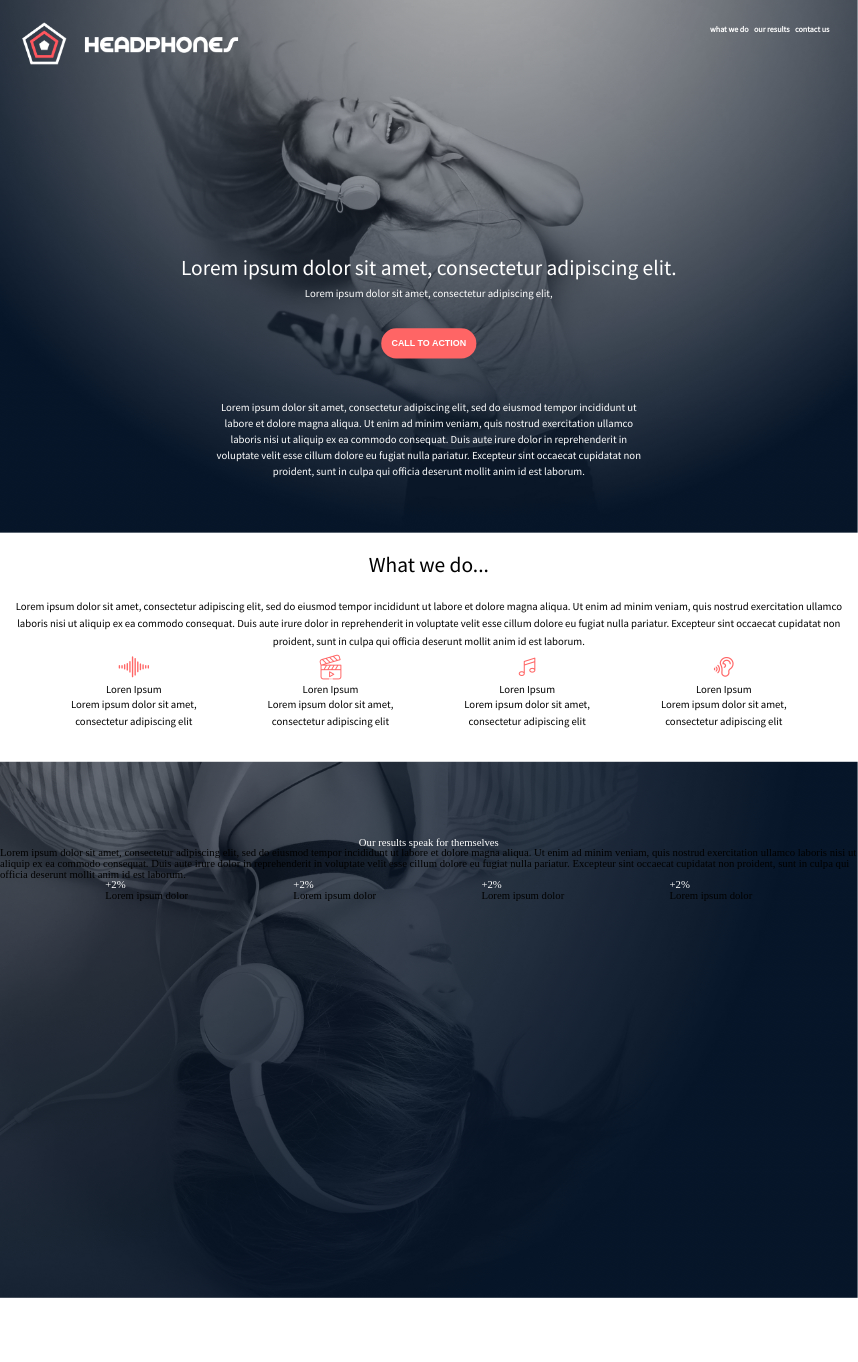
Repository: seleniadelgado/holbertonschool-web_front_end
Page: 0x09-implement_a_design_from_scratch/2-index.html
These files come from the project's save history. The page is drawn as it stood at one moment and after the next save; the edit follows.
The browser window is 1280 px wide. The pictures show the whole page, at 67% of full size.

Above is the page before, as saved 2020-03-23 14:18:11.

### 0x09-implement_a_design_from_scratch/2-index.html
<!DOCTYPE <!DOCTYPE html>
<head>
    <meta charset="utf-8">
    <title>Headphones</title>
    <meta name="description" content="">
    <meta name="viewport" content="width=device-width, initial-scale=1">
    <link rel="stylesheet" href="2-styles.css">
    <link rel="stylesheet" href="reset.css">
    <link rel="stylesheet" href="./holberton_school-icon/style.css">
    <link href="https://fonts.googleapis.com/css?family=Source+Sans+Pro&display=swap" rel="stylesheet">
</head>
<body>
<!-- nav bar -->
    <header>
        <div class="firstdiv">
            <nav>
                <input type="checkbox" id="menu">
                <label for="menu" id="nav-icon"></label>
                <div class="logo"><img href="active" href="#home"><img src="./images/logo_headphones.png" alt="logo"></a></div>
                <div class="main-nav">
                    <ul class="nav-header">
                        <li><a href="#what-we-do">what we do</a></li>
                        <li><a href="#our-results">our results</a></li>
                        <li><a href="#contact-us">contact us</a></li>
                    </ul>
                </div>
            </nav>
        </div>
<!-- Content -->
        <div class="seconddiv">
            <div class="text">
                <h1>Lorem ipsum dolor sit amet, consectetur adipiscing elit.</h1>
                <p>Lorem ipsum dolor sit amet, consectetur adipiscing elit, </p>
            </div>
        </div>
        <div class="thirddiv">
        <button id="button">CALL TO ACTION</button>
        <p class="longParagraph">Lorem ipsum dolor sit amet, consectetur adipiscing elit, sed do eiusmod tempor incididunt ut labore et dolore magna aliqua.
            Ut enim ad minim veniam, quis nostrud exercitation ullamco laboris nisi ut aliquip ex ea commodo consequat.
            Duis aute irure dolor in reprehenderit in voluptate velit esse cillum dolore eu fugiat nulla pariatur. Excepteur sint occaecat cupidatat non proident,
            sunt in culpa qui officia deserunt mollit anim id est laborum.</p>
            </div>
        </div>
    </div>
    </header>
    <div id="whatWeDo">
        <div class="content">
            <h1>What we do...</h1>
            <p> Lorem ipsum dolor sit amet, consectetur adipiscing elit, sed do eiusmod tempor incididunt ut labore et dolore magna aliqua.
                Ut enim ad minim veniam, quis nostrud exercitation ullamco laboris nisi ut aliquip ex ea commodo consequat.
                Duis aute irure dolor in reprehenderit in voluptate velit esse cillum dolore eu fugiat nulla pariatur. Excepteur sint occaecat cupidatat non proident,
                sunt in culpa qui officia deserunt mollit anim id est laborum.
            </p>
            <div class="grid">
                <div>
                    <div class="icon, item holberton_school-icon-ic_sound"></div>
                    <h6>Loren Ipsum</h6>
                    <p>Lorem ipsum dolor sit amet,<br> consectetur adipiscing elit</p>
                </div>
                <div>
                    <div class="icon, item holberton_school-icon-ic_video"></div>
                    <h6>Loren Ipsum</h6>
                    <p>Lorem ipsum dolor sit amet, <br>consectetur adipiscing elit</p>
                </div>
                <div>
                    <div class="icon, item holberton_school-icon-ic_music"></div>
                    <h6>Loren Ipsum</h6>
                    <p>Lorem ipsum dolor sit amet, <br>consectetur adipiscing elit</p>
                </div>
                <div>
                    <div class="icon, item holberton_school-icon-ic_hearing"></div>
                    <h6>Loren Ipsum</h6>
                    <p>Lorem ipsum dolor sit amet, <br>consectetur adipiscing elit</p>
                </div>
            </div>
        </div>
    </div>
    <div id="our-results">
        <div class="summary">
            <h1>Our results speak for themselves</h1>
            <p>Lorem ipsum dolor sit amet, consectetur adipiscing elit, sed do eiusmod tempor incididunt ut labore et dolore magna aliqua.
                Ut enim ad minim veniam, quis nostrud exercitation ullamco laboris nisi ut aliquip ex ea commodo consequat.
                Duis aute irure dolor in reprehenderit in voluptate velit esse cillum dolore eu fugiat nulla pariatur. Excepteur sint occaecat cupidatat non proident,
                sunt in culpa qui officia deserunt mollit anim id est laborum.
            </p>
            <div class="grid">
                <div class="component">
                    <h2>+2%</h2>
                    <p>Lorem ipsum dolor</p>
                </div>
                <div class="component">
                    <h2>+2%</h2>
                    <p>Lorem ipsum dolor</p>
                </div>
                <div class="component">
                    <h2>+2%</h2>
                    <p>Lorem ipsum dolor</p>
                </div>
                <div class="component">
                    <h2>+2%</h2>
                    <p>Lorem ipsum dolor</p>
                </div>
            </div>
        </div>
    </div>
</body>
</html>

### 0x09-implement_a_design_from_scratch/2-styles.css

:root {
    --font-size-sm: 12px;
    --font-size-md: 16px;
    --font-size-lg: 32px;
    --font-size-xl: 48px;
    --font-size-button: 14px;
    --color-primary-red: #FF6565;
    --color-body-white: white;
    --color-body-black: black;
    --font-family: 'Source Sans Pro', sans-serif;
}

/* header */
html {
    width: 100%;
}

header {
    width: 100%;
    background: transparent;
    position: relative;
    color: var(--color-body-white);
    background-image: url("images/headphones_hero_1.jpg");
    background-repeat: no-repeat;
    background-size: cover;
    font-family: var(--font-family);
}

header .firstdiv {
    justify-content: space-between;
    align-content: space-between;
    padding: 2rem;
    flex-wrap: wrap;
}

header .firstdiv nav {
    width: 100%;
    display: flex;
    justify-content: space-between;
    align-content: space-between;
    position: relative;
}

a {
    margin: auto 1.25rem;
    color: var(--color-body-white);
    text-decoration: none;
    font-family: var(--font-family);
}

a:hover, a:active {
    color: var(--color-primary-red)
}

#menu {
    display: none;
    position: absolute;
}

#nav-icon {
    display: none;
    position: absolute;
}

.logo {
    float: left;
}

.nav-header {
    display: inline-flex;
    margin: auto 0;
    list-style-type: none;
    font-size: var(--font-size-sm);
    font-weight: bolder;
    font-family: var(--font-family);
}

.main-nav ul {
    border: 6px transparent solid;
    justify-content: space-between;
}

.main-nav ul li a {
    border: 4px transparent solid;
    font-family: var(--font-family);

}

/* nav */
.seconddiv {
    text-align: center;
}

.thirddiv {
    text-align: center;
}

/*text */
.text {
    padding-top: 20%;
    text-align: center;
    line-height: 32px;
}

.text h1 {
    font-size: var(--font-size-md);
    color: var(--color-body-white);
}

.text p {
    font: var(--font-size-sm);
    color: var(--color-body-white);
}

/* button */
#button {
    padding: 15px;
    margin-top: 40px;
    margin-bottom: 60px;
    border-radius: 4em;
    background-color: #FF6565;
    box-shadow: var(--color-body-black);
    border-style: none;
    color: var(--color-body-white);
    font-weight: bolder;
}

#button:hover {
    opacity: 0.9;
}

/* end button */

/* start longparagraph */
.longParagraph {
    display: flex;
    margin: auto;
    margin: 0% 25% 0% 25%;
    line-height: 24px;
    font-family: var(--font-family);
    font-size: var(--font-size-md);
    color: var(--color-body-white);
    padding-bottom: 5em;
}
/* end longparagraph */

/* media query for screens less than 480px */
@media (max-width: 480px)
{
    header nav {
      flex-direction: column;
      align-items: center;
    }

    .logo {
      width: 50%;
      height: auto;
      display: flex;
      text-align: center;
    }

    .nav-header {
      display: none;
      width: 100%;
      flex-direction: column;
      margin: 1rem auto;
      text-align: center;
      font-weight: bold;
      font-size: var(--font-size-btn);
      float: right;
      display: inline-flex;
      margin-right: 10%;
    }

    .nav-header li {
      width: 100%;
      margin: 0.5rem auto;
      padding-right: 50px;
      font-family: var(--font-family);
    }

    #nav-icon {
        background: var(--color-body-white);
        height: 2px;
        width: 13px;
        position: absolute;
        left: 1rem;
        top: 18px;
        display: block;
    }

    #nav-icon::before {
        content: "";
        background: var(--color-body-white);
        height: 2px;
        width: 20px;
        position: relative;
        top: -0.4rem;
        display: block;
        transition: all 0.2s ease;
    }

    #nav-icon::after {
        content: "";
        background: var(--color-body-white);
        height: 2px;
        width: 18px;
        position: relative;
        top: 0.3rem;
        display: block;
        transition: all 0.2s ease;
    }

    #menu:checked ~ .nav-header {
        display: inline-flex;
    }

    #menu:checked ~ #nav-icon {
        background: transparent;
    }

    #menu:checked ~ #nav-icon::before {
        transform: rotate(45deg);
        top: 3px;
        margin: auto;
    }

    #menu:checked ~ #nav-icon::after {
        width: 20px;
        transform: rotate(-45deg);
        top: 1px;
        margin: auto;
    }
}

.text {
    font-family: var(--font-family);
    line-height: 24px;
}

.text h1 {
    font-size: var(--font-size-lg);
    margin-bottom: 10;
    line-height: 32px;;
}

.text p {
    font-size: var(--font-size-md);
}

/* menu btn ends */
.content {
    display: grid;
    text-align: center;
    font-family: var(--font-family);
    margin-bottom: 20em;
}

.grid {
    display: flex;
    flex-wrap: wrap;
    justify-content: space-evenly;
    height: 100%
}

.grid p {
    padding-bottom: 3em;
}

.item {
    color: var(--color-primary-red);
    font-size: var(--font-size-xl);
    margin: 2px;
}

.item h6, p {
    color: var(--color-body-black);
    font-size: var(--font-size-sm);
    margin-bottom: 5px;
}

#whatWeDo {
    margin-top: 2em;
    font-family: var(--font-family);
    margin-bottom: none;
}
.content {
    margin-bottom: 0;
}

.content h1 {
    font-size: var(--font-size-lg);
    margin-bottom: 1em;
}
.content p {
    text-align: center;
    font-size: var(--font-size-md);
    line-height: 26px;
}
#our-results {
    padding-top: 2em;
    background-image: url(images/headphones_hero_2.jpg);
    background-repeat: no-repeat;
    color: var(--color-body-white);
}
.summary {
    margin-bottom: 0;
}

.summary h1 {
    text-align: center;
    margin-top: 5em;
    color: var(--color-body-white;
    font-family: var(--font-family);
    font-size: var(--font-size-lg);
    margin-bottom: 1em;
}

.summary p {
    color: var(--color-body-white);
    font-family: var(--font-family);
    font-size: var(--font-size-md);
    line-height: 26px;
    text-align: center;
}
.results h2 {
    position: absolute;
    text-align: center;
    left: 50%;
    transform: translate(-50%, -50%);
}
.grid {
    margin-top: 0;
    margin-bottom: 0;
}
@media (max-width: 1200px) {
    #our-results {
      background-position: 45%;
    }
  }
  @media (max-width: 480px) {
    #our-results {
      background-position: 50%;
      margin-bottom: 0;
      flex-wrap: wrap;
    }
  }
#our-results .grid .component {
    background-image: url(images/pentagone.png);
    background-repeat: no-repeat;
    background-size: contain;
    background-position: center;
    height: 10rem;
    width: 8rem;
    padding: 0;
    position: relative;
    flex-wrap: wrap;
}
#our-results .grid .component h2 {
    font-size: var(--font-size-lg);
    position: relative;
    top: 30%;
    text-align: center;
}
#our-results .grid .component p {
    position: relative;
    font-size: var(--font-size-sm);
    text-align: center;
    top: 35%;
}

### 0x09-implement_a_design_from_scratch/holberton_school-icon/style.css
@font-face {
  font-family: 'holberton_school-icon';
  src:  url('fonts/holberton_school-icon.eot?sq4eq4');
  src:  url('fonts/holberton_school-icon.eot?sq4eq4#iefix') format('embedded-opentype'),
    url('fonts/holberton_school-icon.ttf?sq4eq4') format('truetype'),
    url('fonts/holberton_school-icon.woff?sq4eq4') format('woff'),
    url('fonts/holberton_school-icon.svg?sq4eq4#holberton_school-icon') format('svg');
  font-weight: normal;
  font-style: normal;
  font-display: block;
}

[class^="holberton_school-icon-"], [class*=" holberton_school-icon-"] {
  /* use !important to prevent issues with browser extensions that change fonts */
  font-family: 'holberton_school-icon' !important;
  speak: none;
  font-style: normal;
  font-weight: normal;
  font-variant: normal;
  text-transform: none;
  line-height: 1;

  /* Better Font Rendering =========== */
  -webkit-font-smoothing: antialiased;
  -moz-osx-font-smoothing: grayscale;
}

.holberton_school-icon-arrow_1:before {
  content: "\e900";
}
.holberton_school-icon-arrow_2:before {
  content: "\e901";
}
.holberton_school-icon-arrow_3:before {
  content: "\e902";
}
.holberton_school-icon-arrow_4:before {
  content: "\e903";
}
.holberton_school-icon-arrow_5:before {
  content: "\e904";
}
.holberton_school-icon-check:before {
  content: "\e905";
}
.holberton_school-icon-ic_bag:before {
  content: "\e906";
}
.holberton_school-icon-ic_cart:before {
  content: "\e907";
}
.holberton_school-icon-ic_facebook:before {
  content: "\e908";
}
.holberton_school-icon-ic_hearing:before {
  content: "\e909";
}
.holberton_school-icon-ic_instagram:before {
  content: "\e90a";
}
.holberton_school-icon-ic_laptop:before {
  content: "\e90b";
}
.holberton_school-icon-ic_money:before {
  content: "\e90c";
}
.holberton_school-icon-ic_music:before {
  content: "\e90d";
}
.holberton_school-icon-ic_sound:before {
  content: "\e90e";
}
.holberton_school-icon-ic_twitter:before {
  content: "\e90f";
}
.holberton_school-icon-ic_video:before {
  content: "\e910";
}
.holberton_school-icon-menu:before {
  content: "\e911";
}
.holberton_school-icon-search_1:before {
  content: "\e912";
}
.holberton_school-icon-search_2:before {
  content: "\e913";
}
.holberton_school-icon-star:before {
  content: "\e914";
}

Loaded but not shown: 0x09-implement_a_design_from_scratch/reset.css (common file)

After the next save:
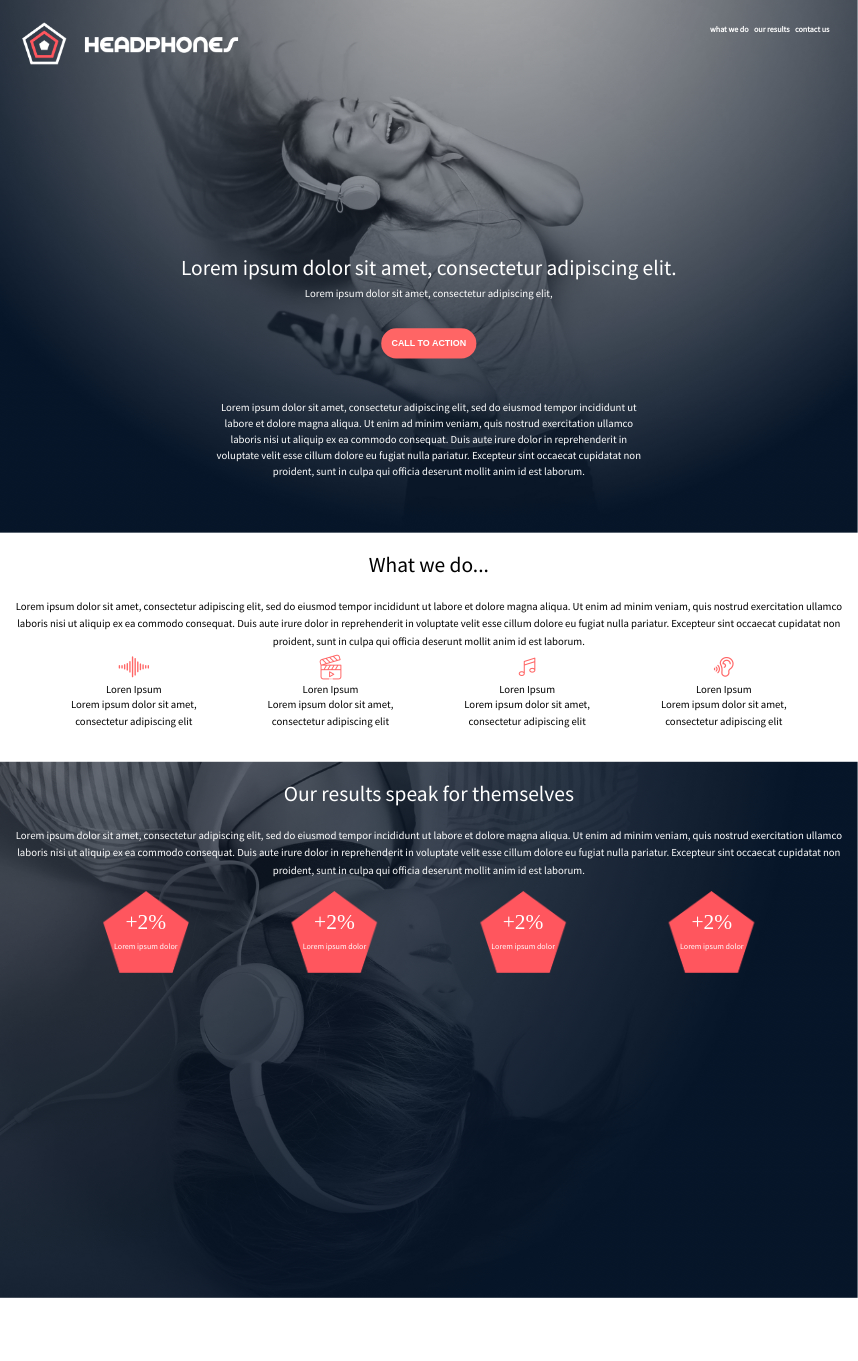
Saved 41 s later.
--- a/0x09-implement_a_design_from_scratch/2-styles.css
+++ b/0x09-implement_a_design_from_scratch/2-styles.css
@@ -305,13 +305,12 @@ a:hover, a:active {
     color: var(--color-body-white);
 }
 .summary {
-    margin-bottom: 0;
+    margin-bottom: ;
 }
 
 .summary h1 {
     text-align: center;
-    margin-top: 5em;
-    color: var(--color-body-white;
+    color: var(--color-body-white);
     font-family: var(--font-family);
     font-size: var(--font-size-lg);
     margin-bottom: 1em;
